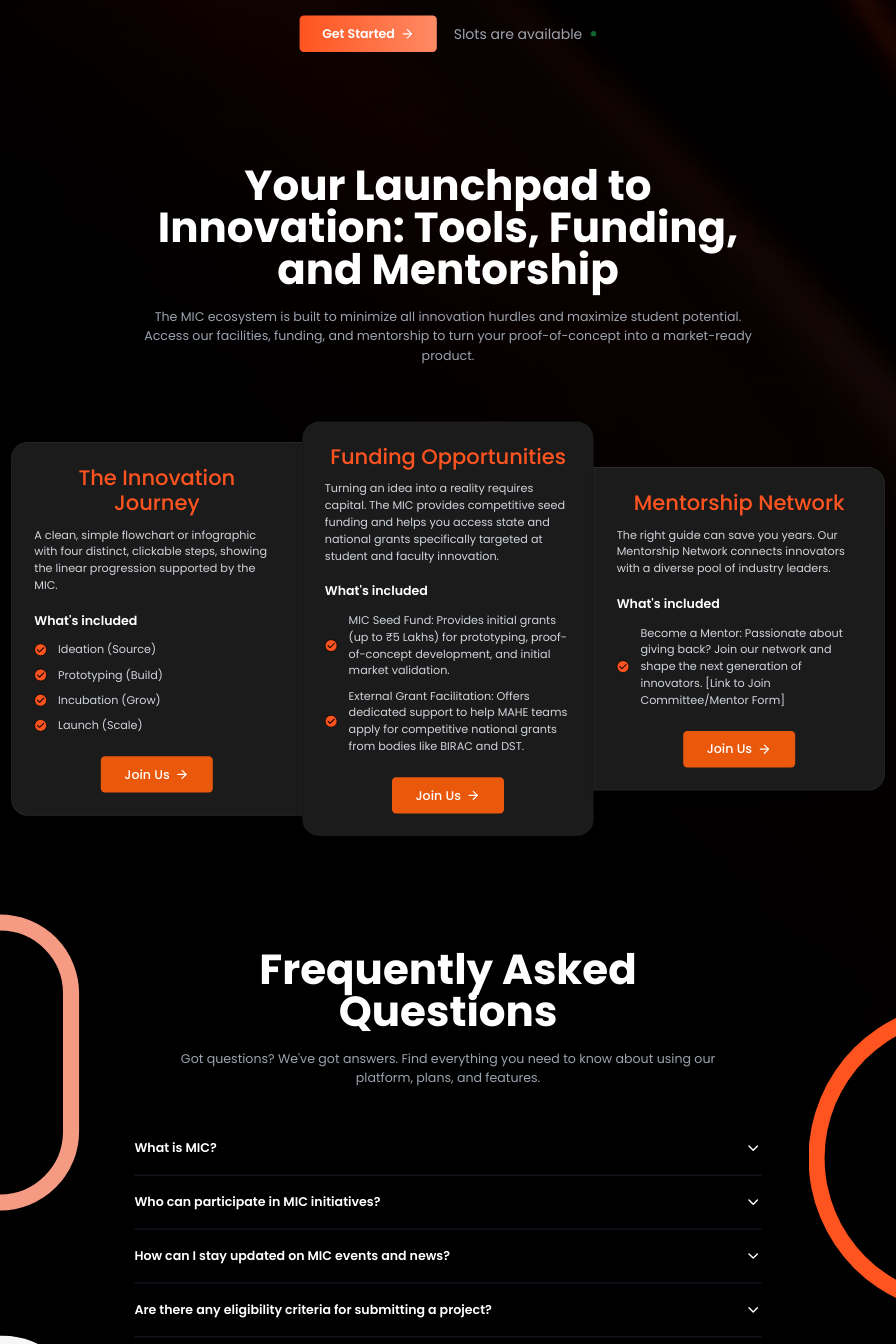
Repository: Sourish-19/Axiom
Page: /
An editor plug-in stored every save of this project. The page is shown before and after the next save, followed by the edit.
The browser window is 1280 px wide. The pictures show the part of the page from y = 2675 to 4595 px (the page is 5731 px tall), at 70% of full size.
Some web libraries are served in a nearby version. The project was rebuilt for these pictures with package versions that can differ from the ones it lists, and the page was loaded fresh each time. Also part of the build but not shown: vite.config.ts, components/Modal.tsx, components/ContactForm.tsx, components/EventRegistrationForm.tsx.

Above is the page before, as saved 2025-10-02 16:00:58.

### index.html
<!DOCTYPE html>
<html lang="en" class="scroll-smooth">
  <head>
    <meta charset="UTF-8" />
    <link rel="icon" type="image/svg+xml" href="/vite.svg" />
    <meta name="viewport" content="width=device-width, initial-scale=1.0" />
    <title>Axiom</title>
    <script src="https://cdn.tailwindcss.com"></script>
    <style>
      @import url('https://fonts.googleapis.com/css2?family=Poppins:wght@400;500;600;700;800;900&display=swap');
      body {
        font-family: 'Poppins', sans-serif;
      }
    </style>
  <script type="importmap">
{
  "imports": {
    "react/": "https://aistudiocdn.com/react@^19.1.1/",
    "react": "https://aistudiocdn.com/react@^19.1.1",
    "react-dom/": "https://aistudiocdn.com/react-dom@^19.1.1/"
  }
}
</script>
</head>
  <body>
    <div id="root"></div>
    <script type="module" src="/index.tsx"></script>
  </body>
</html>

### App.tsx

import React, { useState } from 'react';
import Header from './components/Header';
import Hero from './components/Hero';
import Stats from './components/Stats';
import DevelopedForStudents from './components/DevelopedForStudents';
import MICSystem from './components/MICSystem';
import Launchpad from './components/Launchpad';
import FAQ from './components/FAQ';
import CTA from './components/CTA';
import Footer from './components/Footer';
import Modal from './components/Modal';
import ContactForm from './components/ContactForm';
import EventRegistrationForm from './components/EventRegistrationForm';

function App() {
  const [isContactModalOpen, setIsContactModalOpen] = useState(false);
  const [isEventModalOpen, setIsEventModalOpen] = useState(false);

  return (
    <div className="bg-black text-white overflow-hidden relative">
      {/* Background elements */}
      <div className="absolute inset-0 z-0 opacity-20" style={{ backgroundImage: `url(${'/axiom_bg2.jpg'})`, backgroundSize: 'cover' }}></div>
      {/* <img src='/axiom_bg2.png' alt="background glow top" className="absolute -top-1/2 -right-1/4 w-full h-auto z-0 opacity-50 mix-blend-screen" />
      <img src="https://i.imgur.com/9v1M618.png" alt="background wave bottom" className="absolute -bottom-1/3 left-0 w-full h-auto z-0 opacity-40 mix-blend-screen" /> */}


      <div className="relative z-10">
        <Header onContactClick={() => setIsContactModalOpen(true)} />
        <main>
          <Hero onEventClick={() => setIsEventModalOpen(true)} />
          <Stats />
          <DevelopedForStudents />
          <MICSystem onEventClick={() => setIsEventModalOpen(true)} />
          <Launchpad onContactClick={() => setIsContactModalOpen(true)} />
          <FAQ />
          <CTA onContactClick={() => setIsContactModalOpen(true)} />
        </main>
        <Footer onContactClick={() => setIsContactModalOpen(true)}/>
      </div>

      {isContactModalOpen && (
        <Modal isOpen={isContactModalOpen} onClose={() => setIsContactModalOpen(false)}>
          <ContactForm />
        </Modal>
      )}

      {isEventModalOpen && (
        <Modal isOpen={isEventModalOpen} onClose={() => setIsEventModalOpen(false)}>
          <EventRegistrationForm />
        </Modal>
      )}
    </div>
  );
}

export default App;

### components/Header.tsx

import React, { useState, useEffect } from 'react';

const navLinks = [
  { name: 'Home', href: '#home' },
  { name: 'About MIC', href: '#about' },
  { name: 'Events', href: '#events' },
  { name: 'Resources', href: '#resources' },
  { name: 'FAQs', href: '#faqs' },
];

interface HeaderProps {
  onContactClick: () => void;
}

const Header: React.FC<HeaderProps> = ({ onContactClick }) => {
  const [activeLink, setActiveLink] = useState('home');
  const [isScrolled, setIsScrolled] = useState(false);

  useEffect(() => {
    const handleScroll = () => {
      const sections = ['home', 'about', 'events', 'resources', 'faqs', 'contact'];
      const scrollPosition = window.scrollY + 100;

      let currentSection = 'home';
      for (const sectionId of sections) {
        const section = document.getElementById(sectionId);
        if (section && section.offsetTop <= scrollPosition) {
          currentSection = sectionId;
        }
      }

      // Map contact to faqs for nav link highlighting
      // const navSection = currentSection === 'contact' ? 'faqs' : currentSection;
      setActiveLink(currentSection);

      setIsScrolled(window.scrollY > 10);
    };

    window.addEventListener('scroll', handleScroll);

    return () => {
      window.removeEventListener('scroll', handleScroll);
    };
  }, []);

  return (
    <header className={`fixed top-0 left-0 right-0 z-50 transition-all duration-300 ${isScrolled ? 'bg-black/80 backdrop-blur-md  ' : 'bg-transparent'} py-6 px-4 md:px-8 lg:px-16 xl:px-32`}>
      <div className="container mx-auto flex justify-between items-center">
        <div className="flex items-center">
          <img src="/axiom_logo.png" alt="Axiom Logo" className="h-8 w-[52px] w-auto" />
        </div>
        <nav className="hidden lg:flex items-center space-x-8">
          {navLinks.map((link) => (
            <a
              key={link.name}
              href={link.href}
              className={`relative text-base text-gray-300 hover:text-white transition-colors ${activeLink === link.href.substring(1) ? 'text-white' : ''}`}
            >
              {link.name}
              {activeLink === link.href.substring(1) && (
                <span className="absolute bottom-[-8px] left-0 w-full h-0.5 bg-[#FF541F] rounded-full"></span>
              )}
            </a>
          ))}
        </nav>
        <div className="flex items-center space-x-4">
          <button onClick={onContactClick} className="bg-gradient-to-r from-[#FF541F] to-[#FF8A65] text-white px-6 py-2 rounded-md font-semibold hover:opacity-90 transition-opacity">
            Contact us
          </button>
          <button className="lg:hidden text-white">
            <svg className="w-6 h-6" fill="none" stroke="currentColor" viewBox="0 0 24 24" xmlns="http://www.w3.org/2000/svg"><path strokeLinecap="round" strokeLinejoin="round" strokeWidth="2" d="M4 6h16M4 12h16m-7 6h7"></path></svg>
          </button>
        </div>
      </div>
    </header>
  );
};

export default Header;

### components/Hero.tsx
import React from 'react';
import { StarIcon } from './Icons';

interface HeroProps {
  onEventClick: () => void;
}

const Hero: React.FC<HeroProps> = ({ onEventClick }) => {
  return (
    <section
      id="home"
      className="py-20 md:py-32 px-4 relative"
    >
      <div className="container mx-auto text-center relative">
        <div className="flex justify-center items-center mb-6 bg-gray-900 bg-opacity-50 border border-gray-700 rounded-full px-4 py-2 w-fit mx-auto backdrop-blur-sm">
          <div className="flex -space-x-2 mr-3">
            <img className="inline-block h-8 w-8 rounded-full ring-2 ring-gray-800" src="https://picsum.photos/id/1027/50/50" alt="Peer 1" />
            <img className="inline-block h-8 w-8 rounded-full ring-2 ring-gray-800" src="https://picsum.photos/id/1011/50/50" alt="Peer 2" />
            <img className="inline-block h-8 w-8 rounded-full ring-2 ring-gray-800" src="https://picsum.photos/id/1012/50/50" alt="Peer 3" />
          </div>
          <div className="flex flex-col mr-3">
            <div className="flex">
                {[...Array(5)].map((_, i) => <StarIcon key={i} className="w-4 h-4" />)}
            </div>
            <span className="text-gray-300 text-xs mt-1">115+ happy peers</span>
          </div>
        </div>

        <h1 className="text-5xl md:text-7xl font-extrabold leading-tight">
          Automate <span className="text-[#FF541F]">Intelligence.</span>
          <br />
          Accelerate Growth.
        </h1>
        <p className="max-w-2xl mx-auto mt-6 text-lg text-gray-400">
          Our AI-powered SaaS platform empowers businesses to streamline operations, automate repetitive tasks, and make smarter, data-driven decisions—all from one intuitive dashboard.
        </p>
        <div className="mt-10 flex flex-col sm:flex-row justify-center items-center gap-4">
          <button onClick={onEventClick} className="bg-gradient-to-r from-[#FF541F] to-[#FF8A65] text-white px-8 py-3 rounded-md font-semibold text-lg hover:opacity-90 transition-opacity w-full sm:w-auto">
            Get Started
          </button>
          <a href="#" className="border border-gray-600 text-white px-8 py-3 rounded-md font-semibold text-lg hover:bg-gray-800 transition-colors w-full sm:w-auto">
            Get In Touch
          </a>
        </div>
      </div>
    </section>
  );
};

export default Hero;

### components/Stats.tsx

import React from 'react';

const stats = [
  { value: '120K+', label: 'Students' },
  { value: '150+', label: 'Projects' },
  { value: '32K+', label: '5-Star Reviews' },
];

const Stats = () => {
  return (
    <section className="py-16 px-4">
      <div className="container mx-auto">
        <div className="flex flex-col md:flex-row justify-around items-center text-center gap-10">
          {stats.map((stat, index) => (
            <div key={index} className="relative w-full md:w-auto">
              {index < stats.length - 1 && <div className="hidden md:block absolute top-1/2 right-0 transform -translate-y-1/2 h-16 w-px bg-gray-700 -mr-16"></div>}
              <p className="text-5xl font-bold text-white">{stat.value}</p>
              <p className="mt-2 text-lg text-gray-400">{stat.label}</p>
            </div>
          ))}
        </div>
        <div className="mt-16 border-t border-gray-800"></div>
      </div>
    </section>
  );
};

export default Stats;

### components/Launchpad.tsx
import React from 'react';
import { ArrowRightIcon } from './Icons';
import { FaCheck } from "react-icons/fa6"

interface LaunchpadItem {
  text: string;
  isOrangeCheck?: boolean;
}

interface LaunchpadCardProps {
  title: string;
  description: string;
  items: LaunchpadItem[];
  className?: string;
  onContactClick: () => void;
}

const LaunchpadCard: React.FC<LaunchpadCardProps> = ({ title, description, items, className, onContactClick }) => {
  const isMiddleCard = title === "Funding Opportunities";

  return (
    <div className={`
      relative bg-[#1b1b1c] shadow-lg
      overflow-hidden flex flex-col ${className}
    `}>
      <div className="p-8 flex flex-col flex-grow">
        <h1 className="text-3xl font-medium text-[#ff541f] mb-4 text-center">
          {title}
        </h1>
        <p className="text-base text-gray-300 mb-6 flex-grow">
          {description}
        </p>

        <div className="mb-8">
          <h4 className="text-lg font-semibold text-white mb-4">What's included</h4>
          <ul className="space-y-3">
            {items.map((item, index) => (
              <li key={index} className="flex items-center gap-4 text-gray-300">
                {/* <CheckCircleIcon className={`
                  mt-1 mr-3 flex-shrink-0 text-lg
                  ${isMiddleCard || item.isOrangeCheck ? 'text-orange-600' : 'text-white/50'}
                `} /> */}
                <div className="bg-[#ff541f] border border-black text-black rounded-full p-[2px] text-xs  ">
                  <FaCheck />
                </div>

                <span>{item.text}</span>
              </li>
            ))}
          </ul>
        </div>

        <button
          onClick={onContactClick}
          className={`
            m-auto w-[160px] inline-flex items-center justify-center
            px-8 py-3 rounded-md text-white text-lg font-medium
            transition-colors duration-200
            focus:outline-none focus:ring-2 focus:ring-offset-2
            bg-orange-600 hover:bg-orange-700 focus:ring-orange-500
          `}
        >
          Join Us
          <ArrowRightIcon className="ml-2 w-5 h-5" />
        </button>
      </div>
    </div>
  );
};

interface LaunchpadProps {
  onContactClick: () => void;
}

const Launchpad: React.FC<LaunchpadProps> = ({ onContactClick }) => {
  const innovationItems: LaunchpadItem[] = [
    { text: "Ideation (Source)", isOrangeCheck: true },
    { text: "Prototyping (Build)", isOrangeCheck: true },
    { text: "Incubation (Grow)", isOrangeCheck: true },
    { text: "Launch (Scale)", isOrangeCheck: true }
  ];
  const fundingItems: LaunchpadItem[] = [
    { text: "MIC Seed Fund: Provides initial grants (up to ₹5 Lakhs) for prototyping, proof-of-concept development, and initial market validation." },
    { text: "External Grant Facilitation: Offers dedicated support to help MAHE teams apply for competitive national grants from bodies like BIRAC and DST." }
  ];
  const mentorshipItems: LaunchpadItem[] = [
    { text: "Become a Mentor: Passionate about giving back? Join our network and shape the next generation of innovators. [Link to Join Committee/Mentor Form]", isOrangeCheck: true }
  ];

  return (
    <section
      id="resources"
      className="py-20 px-4 relative"
    >
      <div className="container mx-auto relative">
        <div className="text-center max-w-4xl mx-auto">
          <h2 className="text-5xl md:text-6xl font-bold leading-tight">
            Your Launchpad to Innovation: Tools, Funding, and Mentorship
          </h2>
          <p className="text-lg text-gray-400 mt-6">
            The MIC ecosystem is built to minimize all innovation hurdles and maximize student potential. Access our facilities, funding, and mentorship to turn your proof-of-concept into a market-ready product.
          </p>
        </div>
        <div className="mt-20 grid grid-cols-1 lg:grid-cols-3 items-center">
          <LaunchpadCard
            title="The Innovation Journey"
            description="A clean, simple flowchart or infographic with four distinct, clickable steps, showing the linear progression supported by the MIC."
            items={innovationItems}
            onContactClick={onContactClick}
            className="rounded-l-[24px] border border-white/10"
          />
          <LaunchpadCard
            title="Funding Opportunities"
            description="Turning an idea into a reality requires capital. The MIC provides competitive seed funding and helps you access state and national grants specifically targeted at student and faculty innovation."
            items={fundingItems}
            className="rounded-[24px]"
            onContactClick={onContactClick}
          />
          <LaunchpadCard
            title="Mentorship Network"
            description="The right guide can save you years. Our Mentorship Network connects innovators with a diverse pool of industry leaders."
            items={mentorshipItems}
            onContactClick={onContactClick}
            className="rounded-r-[24px] border border-white/10"
          />
        </div>
      </div>
    </section>
  );
}

export default Launchpad;

### components/CTA.tsx

import React from 'react';
import { ArrowRightIcon } from './Icons';

interface CTAProps {
    onContactClick: () => void;
}

const CTA: React.FC<CTAProps> = ({ onContactClick }) => {
    return (
        <section id="contact" className="py-20 px-4 flex justify-center">
            <div className="relative overflow-hidden bg-[#181818] border border-white/10 rounded-3xl text-center w-[1120px] h-[374.78px] p-8 md:p-12">

                {/* Background Grid */}
                <div className="absolute inset-0 bg-[linear-gradient(to_right,#80808012_1px,transparent_1px),linear-gradient(to_bottom,#80808012_1px,transparent_1px)] bg-[2rem_2rem] opacity-50"></div>

                {/* Background Gradient */}
                <div className="absolute inset-0 bg-[radial-gradient(ellipse_at_top_center,_rgba(255,84,31,0.3),_transparent_50%)]"></div>

                <div className="relative z-10 flex flex-col items-center justify-center h-full">
                    <h2 className="text-4xl md:text-5xl font-bold">
                        Ready to work with us?
                    </h2>
                    <p className="text-lg text-gray-300 mt-6 max-w-3xl mx-auto">
                        Have an innovative idea, a partnership proposal, or a question about the MAHE Innovation Centre?
                        Reach out to us today—we're ready to connect and help accelerate your journey.
                    </p>
                    <div className="mt-10">
                        <button
                            onClick={onContactClick}
                            className="bg-[#FF541F] text-white px-8 py-4 rounded-md font-semibold text-lg hover:bg-opacity-90 transition-all inline-flex items-center gap-2"
                        >
                            Join Us <ArrowRightIcon className="w-5 h-5" />
                        </button>
                    </div>
                </div>
            </div>
        </section>
    );
};

export default CTA;

### components/Footer.tsx

import React from 'react';
import { GitHubIcon, GlobeIcon } from './Icons';

interface FooterProps {
    onContactClick: () => void;
}

const Footer: React.FC<FooterProps> = ({ onContactClick }) => {
  return (
    <footer className="py-16 px-4 md:px-8 lg:px-16 xl:px-32 border-t border-gray-800">
      <div className="container mx-auto">
        <div className="grid grid-cols-1 md:grid-cols-12 gap-12">
          {/* About Us */}
          <div className="md:col-span-5 lg:col-span-6">
             <img src="/axiom_logo.png" alt="Axiom Logo" className="h-10 w-auto mb-4" />
            <p className="text-gray-400 max-w-md">
                The MAHE Innovation Centre (MIC) is the dedicated hub for fostering and accelerating technological and entrepreneurial spirit within the Manipal Academy of Higher Education (MAHE) ecosystem.
            </p>
          </div>

          {/* Useful Links */}
          <div className="md:col-span-3 lg:col-span-3">
            <h4 className="text-lg font-semibold mb-4 text-white">Useful Links</h4>
            <ul className="space-y-3">
              <li><a href="#home" className="text-gray-400 hover:text-white transition-colors">Home</a></li>
              <li><a href="#about" className="text-gray-400 hover:text-white transition-colors">About MIC</a></li>
              <li><a href="#events" className="text-gray-400 hover:text-white transition-colors">Events / Resources</a></li>
              <li><button onClick={onContactClick} className="text-gray-400 hover:text-white transition-colors text-left">Contact</button></li>
            </ul>
          </div>

          {/* Connect With Us */}
          <div className="md:col-span-4 lg:col-span-3">
            <h4 className="text-lg font-semibold mb-4 text-white">Connect With Us</h4>
            <ul className="space-y-3 text-gray-400">
                <li>BSF Campus, Yelahanka,</li>
                <li>Govindapura, Bengaluru,</li>
                <li>Karnataka 560064</li>
                <li className="pt-2"><a href="tel:+1233242653" className="hover:text-white transition-colors">+123 324 2653</a></li>
                <li><a href="mailto:username@mail.com" className="hover:text-white transition-colors">username@mail.com</a></li>
            </ul>
          </div>
        </div>
        <div className="mt-16 border-t border-gray-800 pt-8 flex flex-col sm:flex-row justify-between items-center text-gray-500">
            <p>© 2025 All Right Reserved.</p>
            <div className="flex space-x-4 mt-4 sm:mt-0">
                <a href="#" className="w-10 h-10 flex items-center justify-center bg-gray-800 rounded-full hover:bg-[#FF541F] text-gray-400 hover:text-white transition-colors"><GitHubIcon className="w-5 h-5" /></a>
                <a href="#" className="w-10 h-10 flex items-center justify-center bg-gray-800 rounded-full hover:bg-[#FF541F] text-gray-400 hover:text-white transition-colors"><GlobeIcon className="w-5 h-5" /></a>
            </div>
        </div>
      </div>
    </footer>
  );
};

export default Footer;

Loaded but not shown: index.tsx (common file); components/MICSystem.tsx (128 lines, source omitted); components/FAQ.tsx (103 lines, source omitted); components/Icons.tsx (50 lines, source omitted); components/DevelopedForStudents.tsx (81 lines, source omitted)

After the next save:
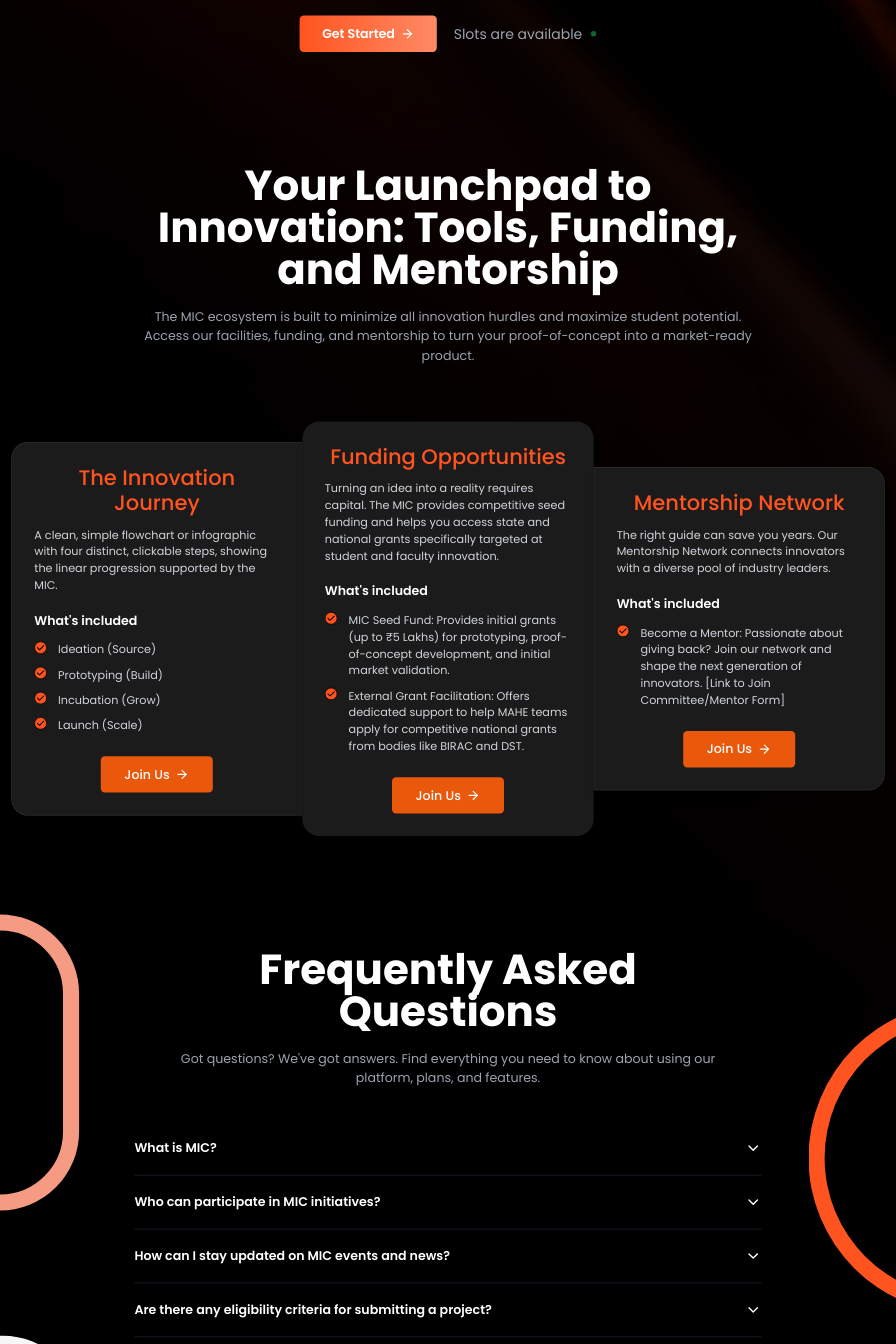
Saved 115 s later.
--- a/components/Launchpad.tsx
+++ b/components/Launchpad.tsx
@@ -35,7 +35,7 @@
           <h4 className="text-lg font-semibold text-white mb-4">What's included</h4>
           <ul className="space-y-3">
             {items.map((item, index) => (
-              <li key={index} className="flex items-center gap-4 text-gray-300">
+              <li key={index} className="flex items-start gap-4 text-gray-300">
                 {/* <CheckCircleIcon className={`
                   mt-1 mr-3 flex-shrink-0 text-lg
                   ${isMiddleCard || item.isOrangeCheck ? 'text-orange-600' : 'text-white/50'}
